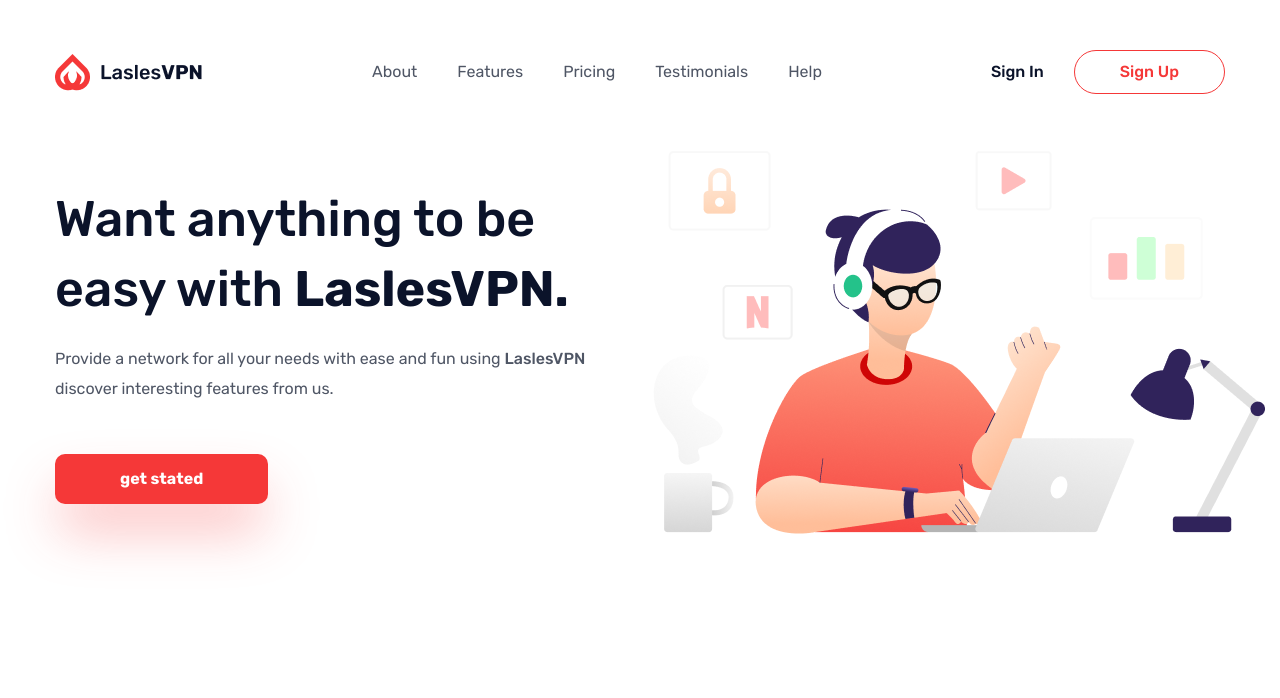
Repository: longvuht/lasles-VPN-vu
Page: index.html
An editor plug-in stored every save of this project. The page is shown before and after the next save, followed by the edit.
The browser window is 1280 px wide. The pictures show the whole page.
The style sheet was rebuilt from its Sass, Less or Tailwind sources for each picture, by a compiler version that may differ from the author's.

Above is the page before, as saved 2022-09-10 16:53:06.

After the next save:
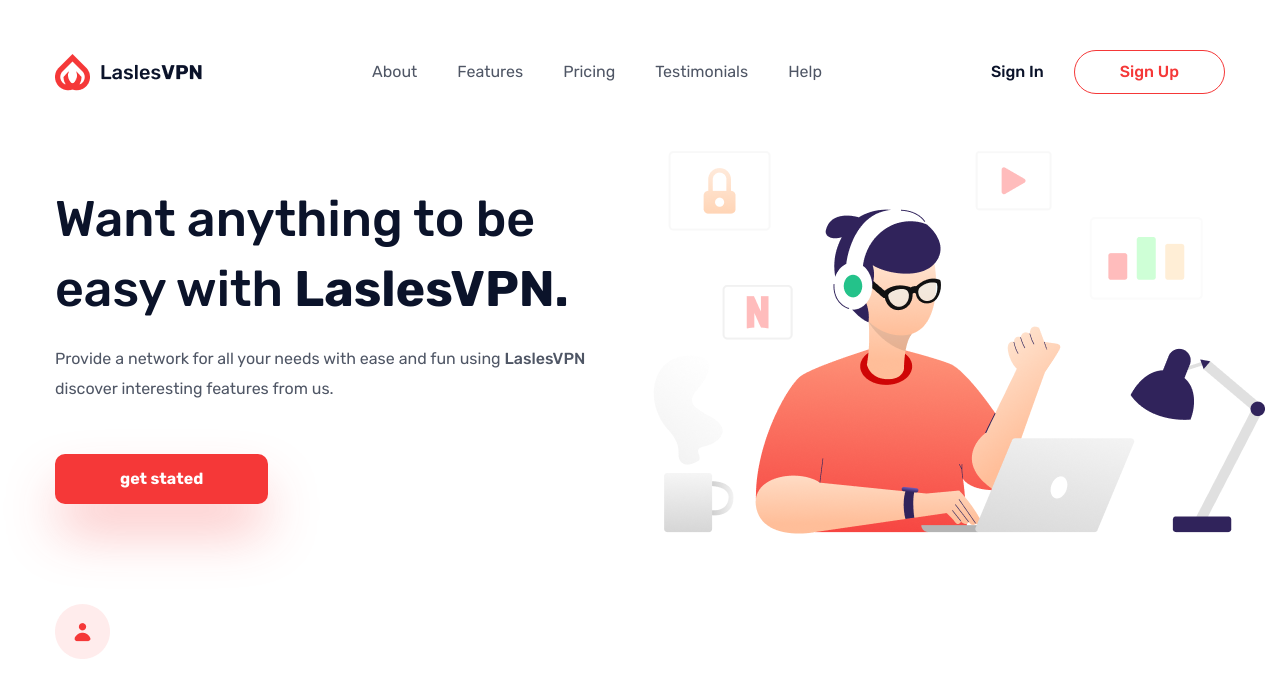
Saved 3 min 25 s later.
--- a/index.html
+++ b/index.html
@@ -72,7 +72,11 @@
         <section class="intro">
           <div class="container">
             <div class="intro-container">
-              <div class="intro-item"></div>
+              <div class="intro-item">
+                <div class="intro-icon">
+                  <img src="./img/user.png" alt="user icon" />
+                </div>
+              </div>
             </div>
           </div>
         </section>
